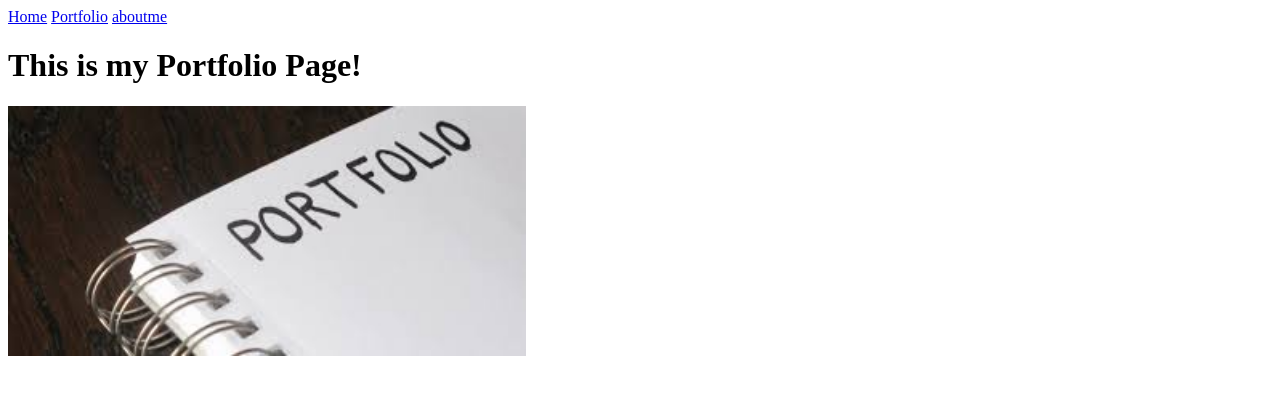
Repository: nilla1867/nilla1867.github.io
Page: my_website/portfolio.html
The author's editor kept a record of every edit. The page is drawn from the files as they stood at one moment, then again after the next edit.
The browser window is 1280 px wide. The pictures show the whole page.

Above is the page before.

### my_website/portfolio.html
<!doctype html>
	<html lang="en">
	  <head>
	    <meta charset="utf-8">
	    <title>Portfolio</title>
	  </head>
	  <body>
    <a href="index.html">Home</a>
    <a href="portfolio.html">Portfolio</a>
    <a href="About Nathaniel Illa.html">aboutme</a>
    <h1>This is my Portfolio Page!</h1>
    <img src="images/portfolio.jpg" height="250">
    <br>
    <a target="_blank" href="https://scratch.mit.edu">

    </a>
	  </body>
	</html>

After the next edit:
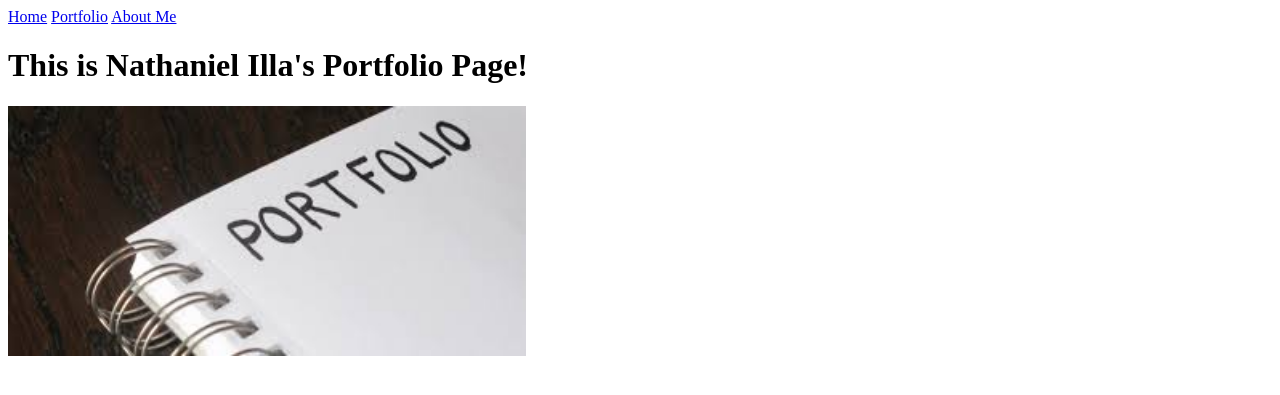
The edit:
--- a/my_website/portfolio.html
+++ b/my_website/portfolio.html
@@ -7,8 +7,8 @@
 	  <body>
     <a href="index.html">Home</a>
     <a href="portfolio.html">Portfolio</a>
-    <a href="About Nathaniel Illa.html">aboutme</a>
-    <h1>This is my Portfolio Page!</h1>
+    <a href="About Nathaniel Illa.html">About Me</a>
+    <h1>This is Nathaniel Illa's Portfolio Page!</h1>
     <img src="images/portfolio.jpg" height="250">
     <br>
     <a target="_blank" href="https://scratch.mit.edu">
